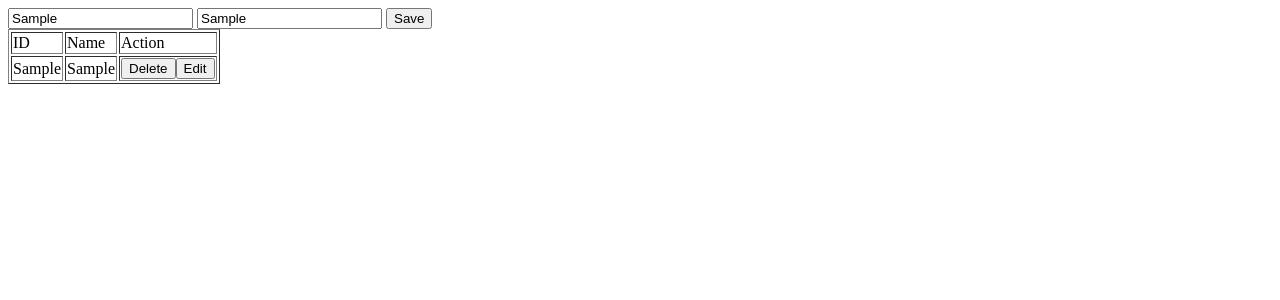
Repository: minhtuan16/JS-Basic
Page: JavaScript Begin/htmldom.html
These files come from the project's save history. The page is drawn as it stood at one moment and after the next save; the edit follows.
The browser window is 1280 px wide. The pictures show the whole page.
Empty fields were first filled with sample values (such as "Sample", 5 or name@example.com).
After loading, the first visible `#saveBtn` was clicked once.

Above is the page before, as saved 2022-06-03 20:32:54.

### JavaScript Begin/htmldom.html
<!DOCTYPE html>
<html lang="en">
<head>
    <meta charset="UTF-8">
    <meta http-equiv="X-UA-Compatible" content="IE=edge">
    <meta name="viewport" content="width=device-width, initial-scale=1.0">
    <title>Document</title>
</head>
<body>
    <form action="" id="form">
        <input type="text" id="id" value="">
        <input type="text" id="name" value="">
        <button type="button" id="saveBtn" onclick="create()">Save</button>

    </form>
    <table border="1px">
        <tr>
            <td>ID</td>
            <td>Name</td>
            <td>Action</td>
        </tr>

        <tbody id="tableBody">

        </tbody>
    </table>

    <script>
        var data = [
            {id:1, name:"P1"},
            {id:2, name:"P2"},
            {id:3, name:"P3"}
        ]

        function drawTr(person) {
            var tr = document.createElement("tr");
            var tdId = document.createElement("td");
            var tdName = document.createElement("td");
            var tdOption = document.createElement("td");

            var delBtn = document.createElement("button");
            var editBtn = document.createElement("button");

            delBtn.innerText = 'Delete';
            editBtn.innerText = 'Edit';

            //bat su kien
            delBtn.onclick = function() {
                deletePerson(person.id);
            }

            tdOption.appendChild(delBtn); //appendChild la nhet them nut delete vao trong cot
            tdOption.appendChild(editBtn);

            tdId.innerHTML = person.id;
            tdName.innerHTML = person.name;

            tr.appendChild(tdId);
            tr.appendChild(tdName);
            tr.appendChild(tdOption);

            var tableBody = document.getElementById("tableBody");
            tableBody.appendChild(tr);
        }

        function resetDrawTable(persons) {

            var tableBody = document.getElementById("tableBody");
            tableBody.innerHTML = "";

            for(var i = 0; i < persons.length; i++) {
                drawTr(persons[i]);
            }
        }

        //goi ham in ra toan bo mang
        // resetDrawTable(data);

        // doc du lieu tu form ben tren
        function create() {

            var idInput = document.getElementById("id");
            var nameInput = document.getElementById("name");
            // var saveInput = document.getElementById("saveBtn");

            var id = idInput.value;
            var name = nameInput.value;

            var p = {id: id, name: name};

            // data.push(p);
            var data1 = [];
            data1.push(p);

            resetDrawTable(data1);
        }

        function deletePerson(id) {
            // let index = data1.findIndex(p => p.id == id); // loc duoc id
            // data1.splice(index, 1);

            // loc ra person co id khac id muon xoa
            var newData = data1.filter(p => p.id != id);

            data1 = newData;
            resetDrawTable(data1)
            // for truyen thong de tim ra id
            // for(var i = 0; i < persons.length; i++) {
            //     if(persons[i].id == id) {
            //         //xoa di
            //     }
            // }
        }
    </script>
</body>
</html>

After the next save:
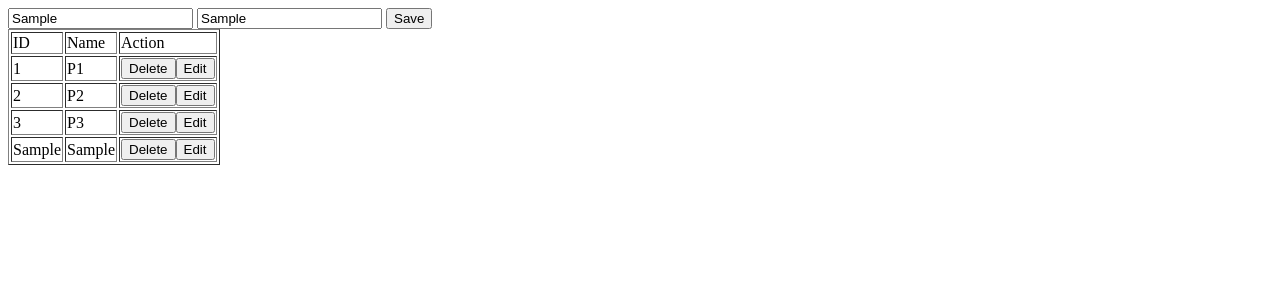
Saved 31 s later.
--- a/JavaScript Begin/htmldom.html
+++ b/JavaScript Begin/htmldom.html
@@ -88,11 +88,11 @@
 
             var p = {id: id, name: name};
 
-            // data.push(p);
-            var data1 = [];
-            data1.push(p);
+            data.push(p);
+            // var data1 = [];
+            // data1.push(p);
 
-            resetDrawTable(data1);
+            resetDrawTable(data);
         }
 
         function deletePerson(id) {
